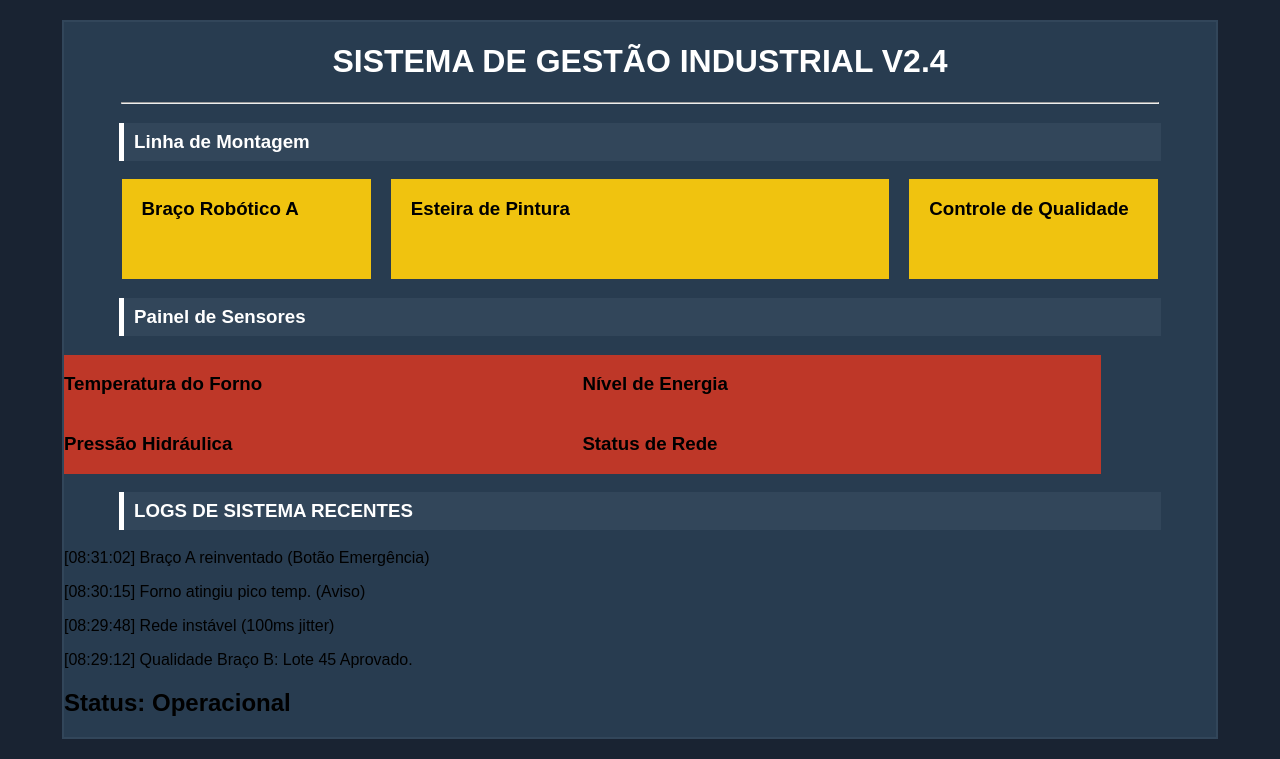
Repository: DanielEDapper/Front-WEG
Page: ProfeIgor/Aula5 - Dashboard Industrial/index.html
An editor plug-in stored every save of this project. The page is shown before and after the next save, followed by the edit.
The browser window is 1280 px wide. The pictures show the whole page.
Some icons come from a web library that is not loaded, so they are not drawn.

Above is the page before, as saved 2026-05-29 19:55:51.

After the next save:
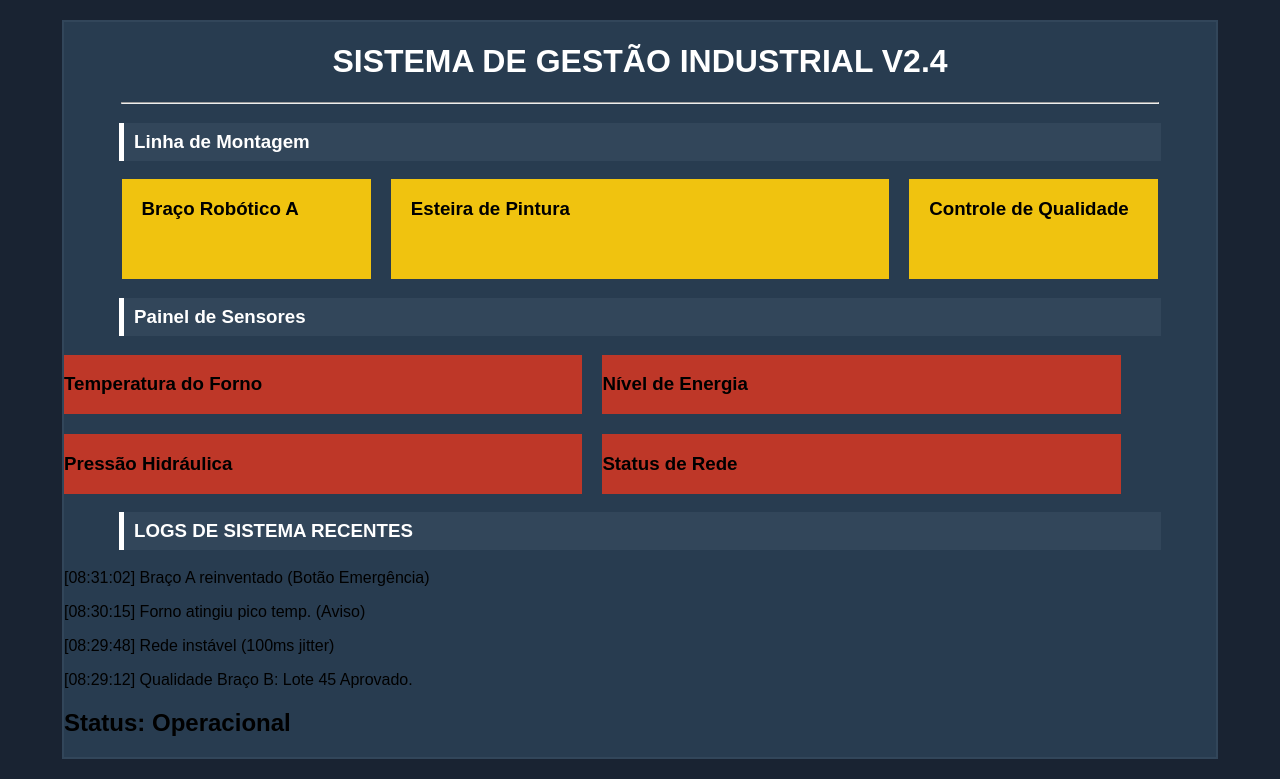
Saved 7 s later.
--- a/ProfeIgor/Aula5 - Dashboard Industrial/style.css
+++ b/ProfeIgor/Aula5 - Dashboard Industrial/style.css
@@ -98,6 +98,7 @@ hr{
     width: 90%;
     display: grid;
     grid-template-columns: 50% 50%;
+    gap: 20px;
 }
 
 .card-sensores{
